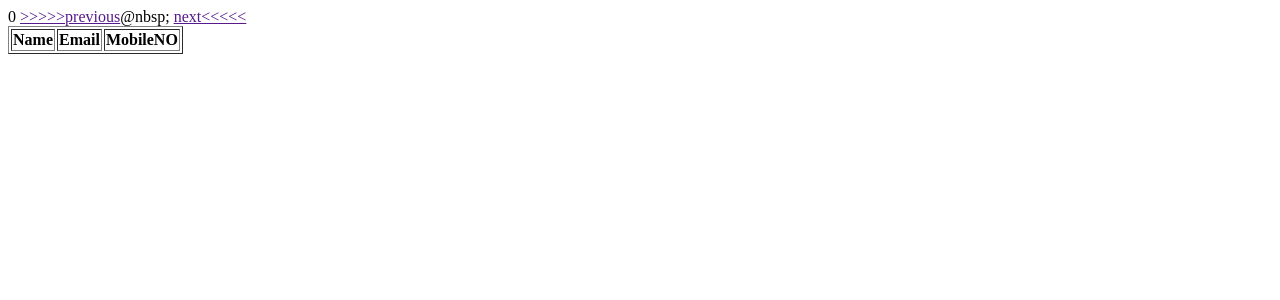
Repository: nishasirt/SimplilearnRepo1
Page: http://localhost/JSPSession/RetriveController.jsp
An editor plug-in stored every save of this project. The page is shown before and after the next save, followed by the edit.
The browser window is 1280 px wide. The pictures show the whole page.
The page is served by Tomcat 9. Queries for data that is not in the repository find no rows.

Above is the page before, as saved 2022-11-19 07:01:19.

After the next save:
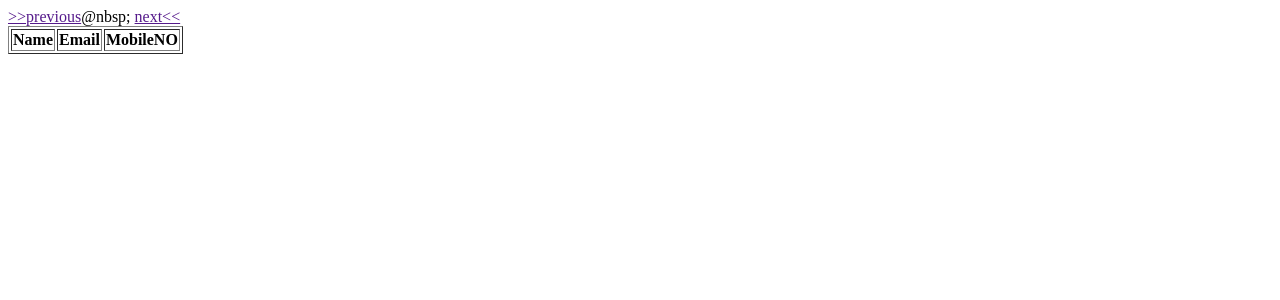
Saved 42 s later.
--- a/JSPSession/WebContent/RetriveController.jsp
+++ b/JSPSession/WebContent/RetriveController.jsp
@@ -18,10 +18,10 @@ UserDao dao=new UserDao();
 
 try {
 	ArrayList<User>  arr=dao.getAllUser();
-      out.print(arr.size());
+
 	%>
-	<a href="">>>>>>previous</a>@nbsp;
-	<a href="">next<<<<<</a>
+	<a href="">>>previous</a>@nbsp;
+	<a href="">next<<</a>
 	<table border="1">
     <tr><th>Name</th><th>Email</th><th>MobileNO</th></tr>
 
